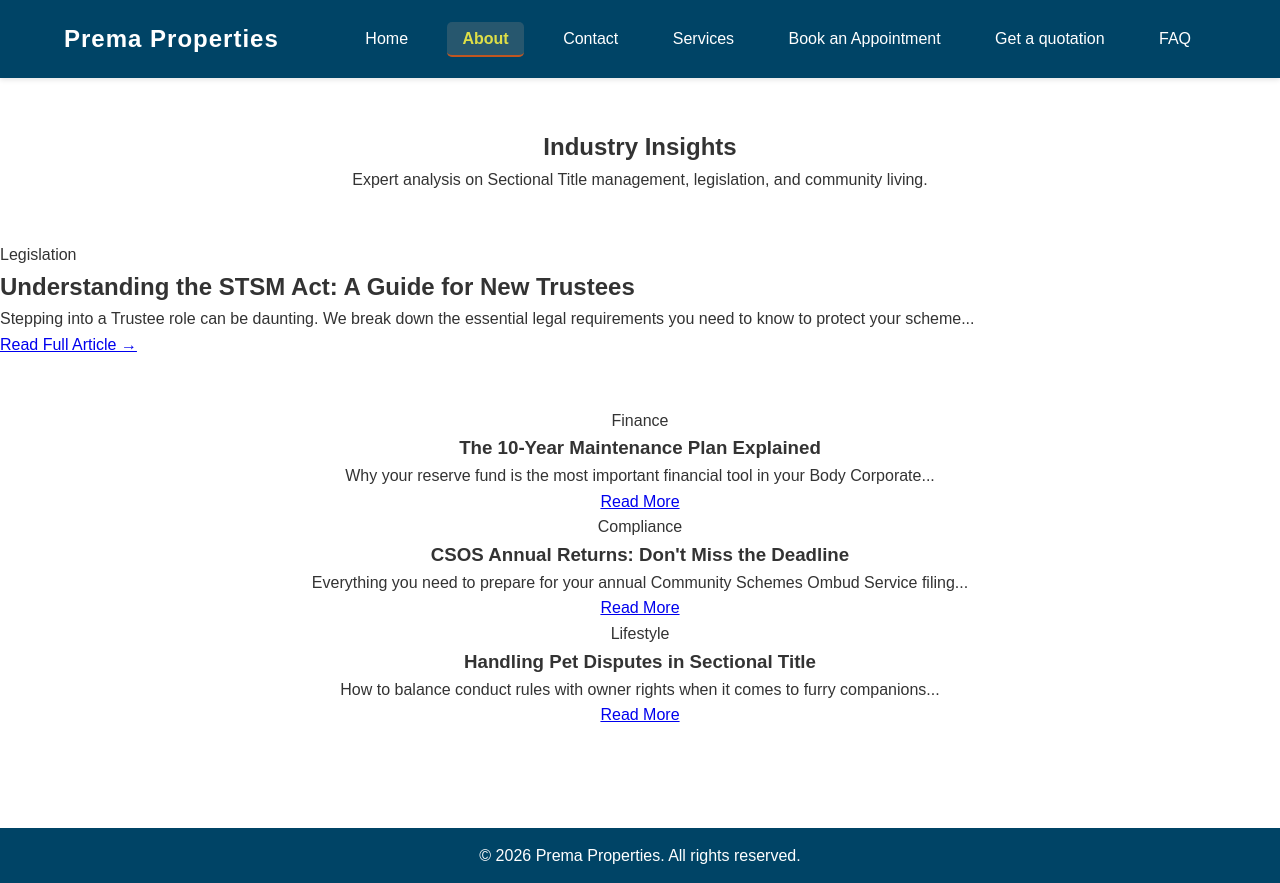
Repository: mnqobiMenzi/Prema-Properties
Page: articles.html
These files come from the project's save history. The page is drawn as it stood at one moment and after the next save; the edit follows.
The browser window is 1280 px wide. The pictures show the whole page.

Above is the page before, as saved 2026-02-08 10:25:00.

After the next save:
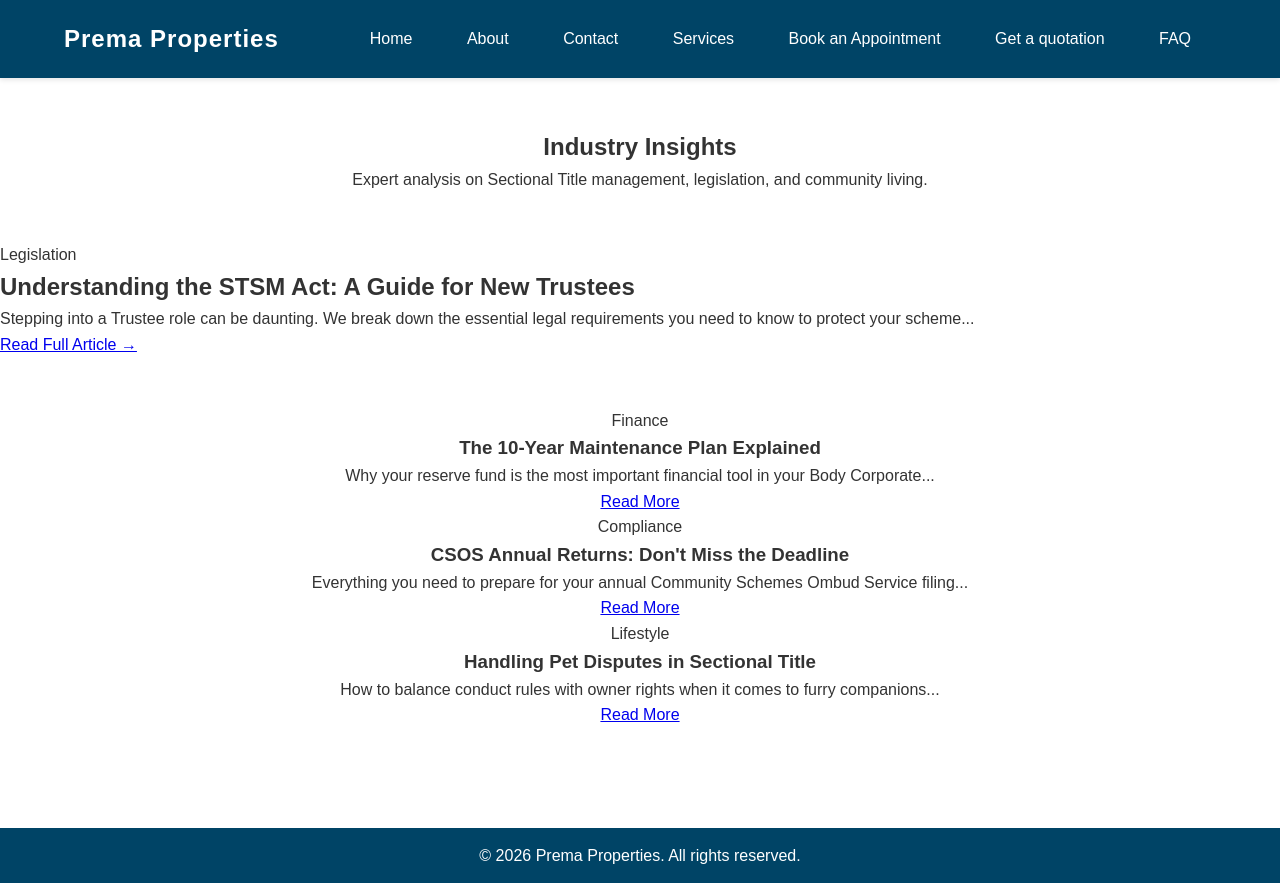
Saved 8 s later.
--- a/articles.html
+++ b/articles.html
@@ -13,7 +13,7 @@
     <div class="logo">Prema Properties</div>
     <nav>
       <a href="index.html">Home</a>
-      <a href="" class="active">About</a>
+      <a href="">About</a>
       <a href="contact-us.html">Contact</a>
       <a href="services.html">Services</a>
       <a href="appointment.html">Book an Appointment</a>
